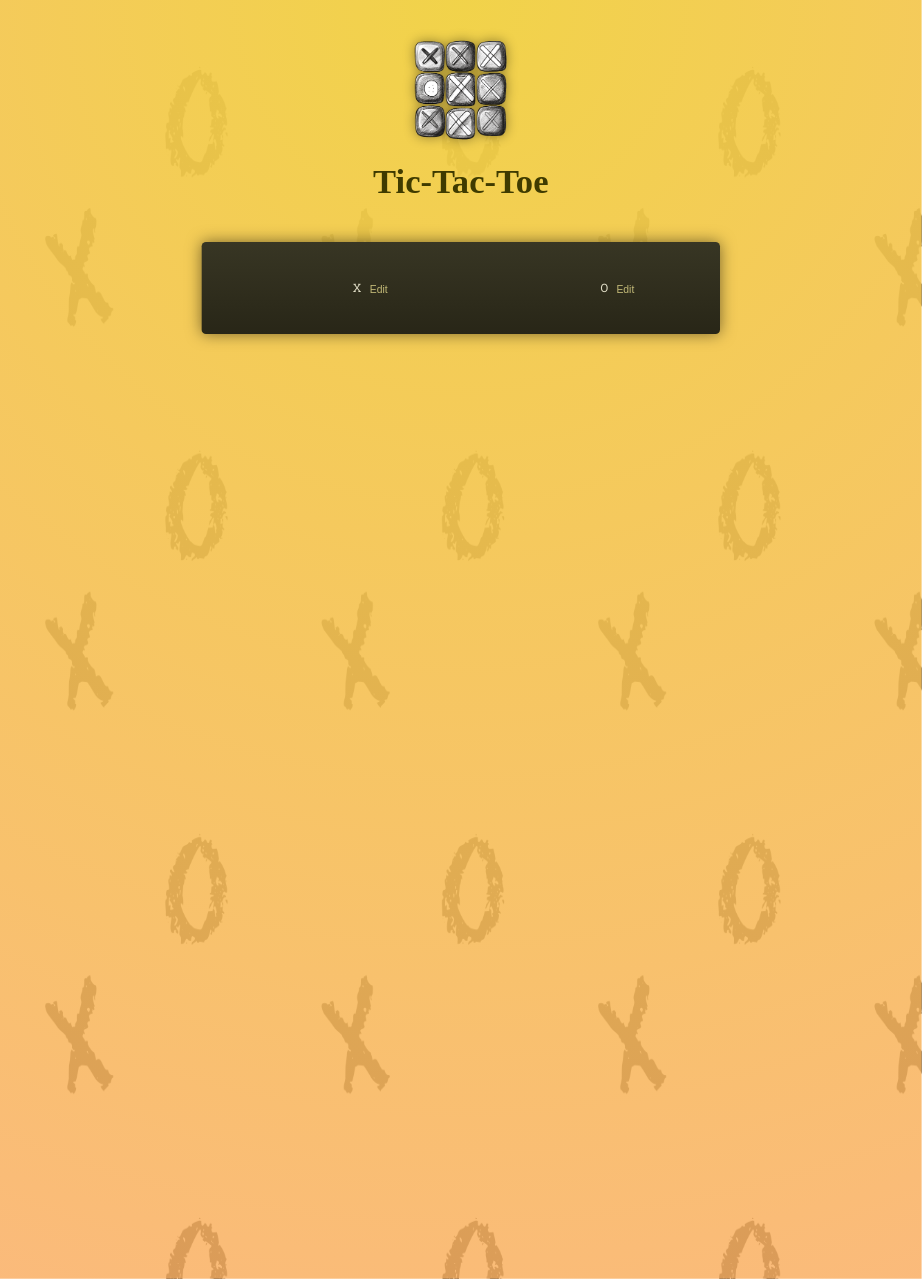
Repository: nithilprasathk/tic-tac-toe
Page: /
These files come from the project's save history. The page is drawn as it stood at one moment and after the next save; the edit follows.
The browser window is 1280 px wide. The pictures show the whole page, at 72% of full size.
Some web fonts or font styles are not loaded; a fallback is used. The project was rebuilt for these pictures with package versions that can differ from the ones it lists, and the page was loaded fresh each time. Also part of the build but not shown: vite.config.js.

Above is the page before, as saved 2024-02-02 19:15:04.

After the next save:
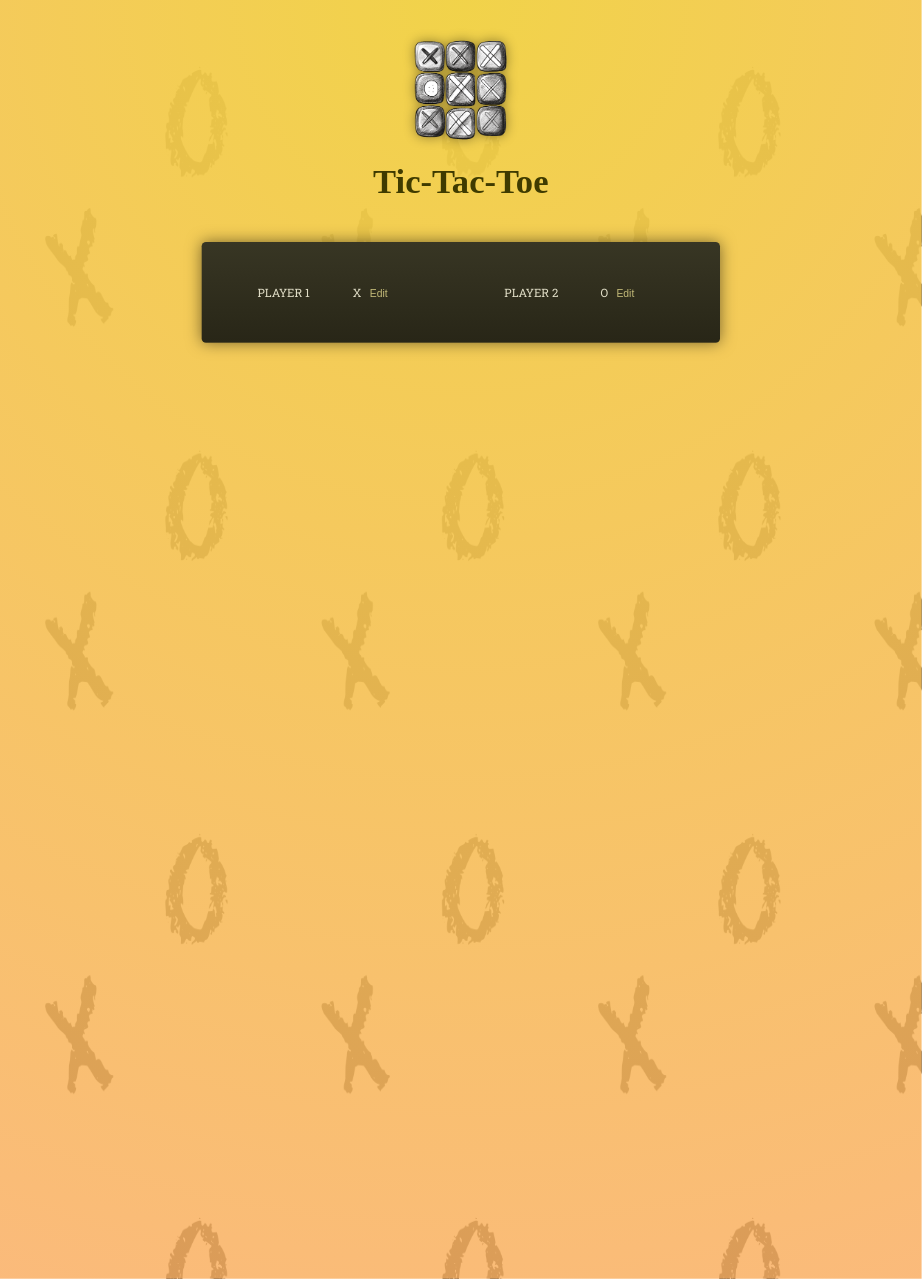
Saved 12 s later.
--- a/src/components/Player.jsx
+++ b/src/components/Player.jsx
@@ -8,7 +8,7 @@ export default function Player({ intialName, symbol }) {
   function handleChange(){
     setName(event.target.value);
   }
-  let editablePlayerName = <span className="player-name">{name}</span>;
+  let editablePlayerName = <span className="player-name">{intialName}</span>;
   if (isEditing) editablePlayerName = <input type="text" required value={playerName} onChange={handleChange}></input>;
   return (
     <li>
